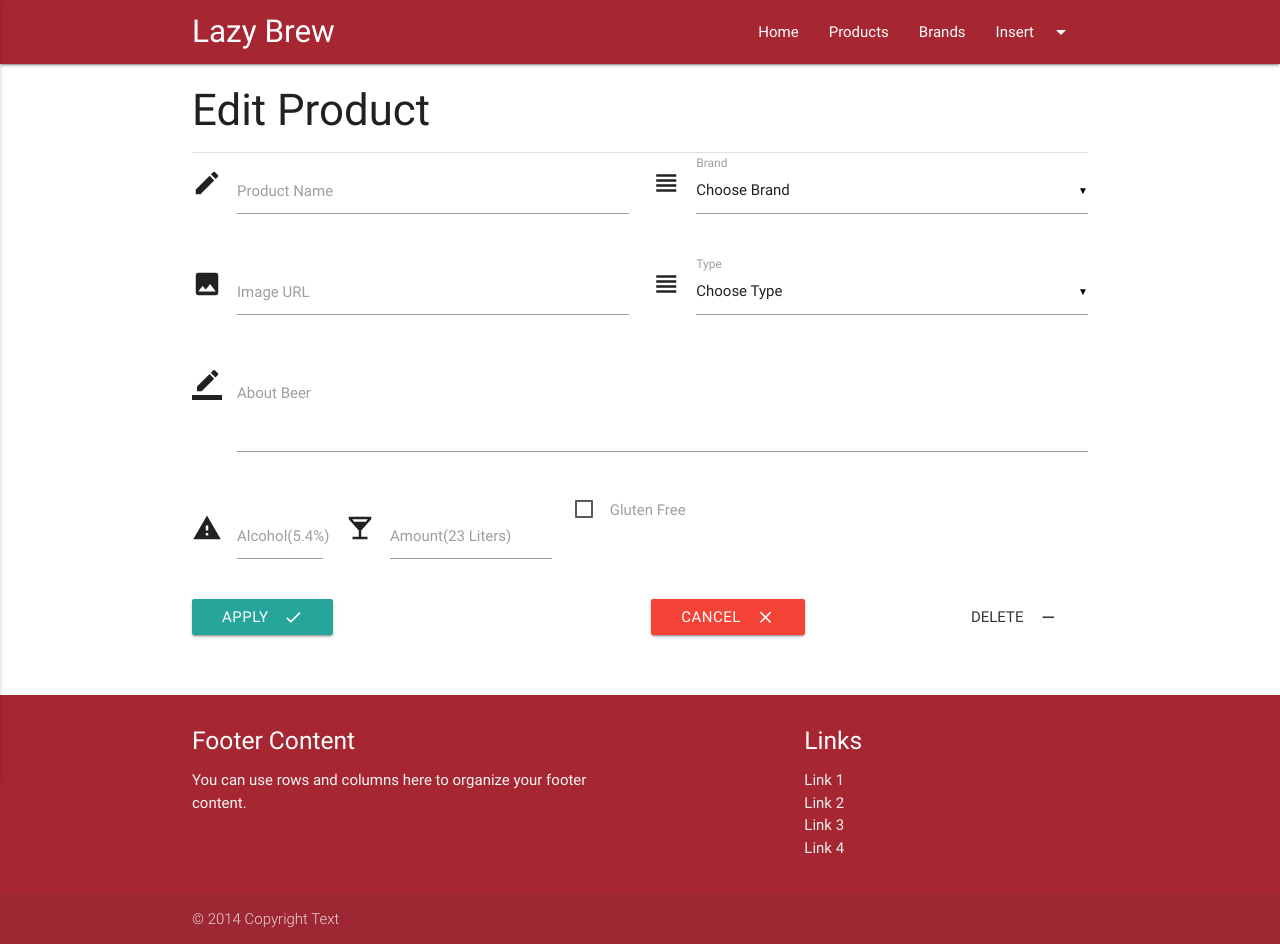
Repository: Leon2ev/lazy-brew
Page: templates/editproduct.html
The author's editor kept a record of every edit. The page is drawn from the files as they stood at one moment, then again after the next edit.
The browser window is 1280 px wide. The pictures show the whole page.
Some web libraries are served in a nearby version. The page is served by the project's application, run on Flask 3 (app.py). The template is opened directly, without the code that normally fills it, so the values that code supplies are empty.

Above is the page before.

### templates/editproduct.html
{% extends 'base.html' %}
{% block content %}
    <div class="container">
        <h3>Edit Product</h3>
        <div class="divider"></div>
        <form action="{{url_for('update_product', product_id=product._id)}}" method="POST" class="edit_product col s12">
            <div class="row">
                <div class="input-field col s12 l6">
                    <i class="material-icons prefix">create</i>
                    <input id="name" name="name" type="text" class="validate" value="{{product.name}}">
                    <label for="icon_prefix">Product Name</label>
                </div>
                <div class="input-field col s12 l6">
                    <i class="material-icons prefix">view_headline</i>
                    <select id="brand_id" name="brand_id">
                        <option value="" disabled selected>Choose Brand</option>
                        {% for brand in brands %}
                            {% if brand._id == product.brand_id %}
                                <option value={{brand._id}} selected >{{brand.name}}</option>
                            {% else %}
                                <option value="{{brand._id}}">{{brand.name}}</option>
                            {% endif %}
                        {% endfor %}
                    </select>
                    <label>Brand</label>
                </div>
            </div>
            <div class="row">
                <div class="input-field col s12 l6">
                    <i class="material-icons prefix">insert_photo</i>
                    <input id="image_url" name="image_url" type="text" class="validate" value="{{product.image_url}}">
                    <label for="icon_prefix">Image URL</label>
                </div>
                <div class="input-field col s12 l6">
                    <i class="material-icons prefix">view_headline</i>
                    <select id="type_id" name="type_id">
                        <option value="" disabled selected>Choose Type</option>
                        {% for type in types %}
                            {% if type._id == product.type_id %}
                                <option value="{{type._id}}" selected >{{type.name}}</option>
                            {% else %}
                                <option value="{{type._id}}">{{type.name}}</option>
                            {% endif %}
                        {% endfor %}
                    </select>
                    <label>Type</label>
                </div>
            </div>
            <div class="row">
                <div class="input-field col s12">
                    <i class="material-icons prefix">border_color</i>
                    <textarea id="textarea1" name="about" class="materialize-textarea">{{product.about}}</textarea>
                    <label for="icon_prefix">About Beer</label>
                </div>
            </div>
            <div class="row">
                <div class="input-field col s12 l2">
                    <i class="material-icons prefix">warning</i>
                    <input id="abv" name="abv" type="text" class="validate" value="{{product.abv}}">
                    <label for="icon_prefix">Alcohol(5.4%)</label>
                </div>
                <div class="input-field col s12 l3">
                    <i class="material-icons prefix">local_bar</i>
                    <input id="amount" name="amount" type="text" class="validate" value="{{product.amount}}">
                    <label for="icon_prefix">Amount(23 Liters)</label>
                </div>
                <div class="checkbox col s12 l2">
                    {% if product.gluten %}
                        <input type="checkbox" id="gluten" name="gluten" checked />
                    {% else %}
                        <input type="checkbox" id="gluten" name="gluten" />
                    {% endif %}
                    <label for="gluten">Gluten Free</label>
                </div>
            </div>
            <div class="row">
                <div class="col s12 l6">
                    <button class="btn waves-effect waves-light" type="submit">Apply
                        <i class="material-icons right">check</i>
                    </button>
                </div>
                <div class="col s12 l6">
                    <a class="waves-effect waves-light btn modal-trigger red" href="#modal1">Cancel
                        <i class="material-icons right">clear</i>
                    </a>
                    <a class="waves-effect waves-light btn-flat right modal-trigger" href="#modal2">Delete
                        <i class="material-icons right">remove</i>
                    </a>
                </div>
            </div>
        </form>
        <div class="row">
            <div id="modal1" class="modal">
                <div class="modal-content">
                    <h4>Are you agree to cancel?</h4>
                    <p>All changes will be lost and you will go back to description page.</p>
                </div>
                <div class="modal-footer">
                    <a href="#!" class="modal-action modal-close waves-effect waves-green btn-flat">Go Back</a>
                    <a href="{{url_for('get_description', product_id=product._id)}}" class="modal-action modal-close waves-effect waves-green btn-flat">Agree</a>
                </div>
            </div>
            <div id="modal2" class="modal">
                <div class="modal-content">
                    <h4>Are you agree to delete {{product.name}}?</h4>
                    <p>All data will be lost.</p>
                </div>
                <div class="modal-footer">
                    <a href="#!" class="modal-action modal-close waves-effect waves-green btn-flat">Go Back</a>
                    <a href="{{url_for('delete_product', product_id=product._id)}}" class="modal-action modal-close waves-effect waves-green btn-flat">Agree</a>
                </div>
            </div>
        </div>
    </div>
{% endblock %}

### templates/base.html
<!DOCTYPE html>
<html lang="en">
    <head>
        <meta charset="UTF-8">
        <meta name="viewport" content="width=device-width, initial-scale=1.0">
        <meta http-equiv="X-UA-Compatible" content="ie=edge">

        <title>Document</title>

        <link href="https://fonts.googleapis.com/icon?family=Material+Icons" rel="stylesheet">
        <link rel="stylesheet" href="https://cdnjs.cloudflare.com/ajax/libs/materialize/0.100.2/css/materialize.min.css">
        <link rel="stylesheet" href="{{url_for('static', filename='css/style.css')}}" type="text/css">
    </head>
    <body>
        <header>
            <nav class="navbar">
                <div class="container nav-wrapper">
                    <a href="{{url_for('home_page')}}" class="brand-logo">Lazy Brew</a>
                    <a href="#" data-activates="mobile-demo" class="button-collapse"><i class="material-icons">menu</i></a>
                    <ul class="right hide-on-med-and-down">
                        <li><a href="{{url_for('home_page')}}">Home</a></li>
                        <li><a href="{{url_for('get_products')}}">Products</a></li>
                        <li><a href="{{url_for('get_brands')}}">Brands</a></li>
                        <!-- Dropdown Trigger -->
                        <li><a class="dropdown-button" href="#!" data-activates="dropdown1">Insert<i class="material-icons right">arrow_drop_down</i></a></li>
                    </ul>
                    <!-- Dropdown Structure -->
                    <ul id="dropdown1" class="dropdown-content">
                        <li><a href="{{url_for('add_product')}}">Add Product</a></li>
                        <li class="divider"></li>
                        <li><a href="{{url_for('add_brand')}}">Add Brand</a></li>
                    </ul>
                    <ul class="side-nav" id="mobile-demo">
                        <li><a href="{{url_for('home_page')}}">Home</a></li>
                        <li><a href="{{url_for('get_products')}}">Products</a></li>
                        <li><a href="{{url_for('get_brands')}}">Brands</a></li>
                        <!-- Mobile Dropdown Trigger -->
                        <li><a class="dropdown-button" href="#!" data-activates="dropdown2">Insert<i class="material-icons right">arrow_drop_down</i></a></li>

                    </ul>
                    <!-- Dropdown Structure -->
                    <ul id="dropdown2" class="dropdown-content">
                        <li><a href="{{url_for('add_product')}}">Add Product</a></li>
                        <li class="divider"></li>
                        <li><a href="{{url_for('add_brand')}}">Add Brand</a></li>
                    </ul>
                </div>
            </nav>
        </header>
        {% block content %}{% endblock %}
        <footer class="page-footer">
            <div class="container">
                <div class="row">
                    <div class="col l6 s12">
                        <h5 class="white-text">Footer Content</h5>
                        <p class="grey-text text-lighten-4">You can use rows and columns here to organize your footer content.</p>
                    </div>
                    <div class="col l4 offset-l2 s12">
                        <h5 class="white-text">Links</h5>
                        <ul>
                            <li><a class="grey-text text-lighten-3" href="#!">Link 1</a></li>
                            <li><a class="grey-text text-lighten-3" href="#!">Link 2</a></li>
                            <li><a class="grey-text text-lighten-3" href="#!">Link 3</a></li>
                            <li><a class="grey-text text-lighten-3" href="#!">Link 4</a></li>
                        </ul>
                    </div>
                </div>
            </div>
            <div class="footer-copyright">
                <div class="container">
                    © 2014 Copyright Text
                </div>
            </div>
        </footer>
        <script src="https://cdnjs.cloudflare.com/ajax/libs/jquery/3.2.1/jquery.min.js"></script>
        <script src="https://cdnjs.cloudflare.com/ajax/libs/materialize/0.100.2/js/materialize.min.js"></script>
        <script type="text/javascript">
            $(document).ready(function() {
                $('select').material_select();
                $(".button-collapse").sideNav();
                $(".dropdown-button").dropdown({
                    belowOrigin: true
                    }
                );
                $('.modal').modal();
            });
        </script>
    </body>
</html>

### app.py
import os
from flask import Flask, render_template, redirect, request, url_for
from flask_pymongo import PyMongo
from bson.objectid import ObjectId

app = Flask(__name__)

# Connection to MongoDB

app.config["MONGO_DBNAME"] = 'beer_brewing'
app.config["MONGO_URI"] = os.getenv('MONGO_URI', 'mongodb://localhost')

mongo = PyMongo(app)

# App routes ------------------------------------------------------------

@app.route('/')

# Home page

@app.route('/home_page')
def home_page():
    return render_template("index.html",
    types=mongo.db.types.find())
# Product Routes
# Product selection

@app.route('/get_products')
def get_products():
    return render_template("products.html",
    products=mongo.db.products.find())

# Single product description

@app.route('/get_description/<product_id>')
def get_description(product_id):
    return render_template("description.html",
    brands=mongo.db.brands.find(),
    types=mongo.db.types.find(),
    product=mongo.db.products.find_one({"_id": ObjectId(product_id)}))

# Add product

@app.route('/add_product')
def add_product():
    return render_template("addproduct.html",
    brands=mongo.db.brands.find(),
    types=mongo.db.types.find())

# Proceed inserted data to mongo

@app.route('/insert_product', methods=["POST"])
def insert_product():
    products=mongo.db.products
    brand_id = request.form.get('brand_id')
    type_id = request.form.get('type_id')
    dictionary = {
        'name': request.form.get('name'),
        'brand_id': ObjectId(brand_id),
        'image_url': request.form.get('image_url'),
        'type_id': ObjectId(type_id),
        'about': request.form.get('about'),
        'abv': request.form.get('abv'),
        'amount': request.form.get('amount'),
        'gluten': request.form.get('gluten')
    }

    products.insert_one(dictionary)
    return redirect(url_for('get_products'))

# Edit product

@app.route('/edit_product/<product_id>')
def edit_product(product_id):
    return render_template("editproduct.html",
    product=mongo.db.products.find_one({"_id": ObjectId(product_id)}),
    brands=mongo.db.brands.find(),
    types=mongo.db.types.find())

# Update product

@app.route('/update_product/<product_id>', methods=["POST"])
def update_product(product_id):
    products=mongo.db.products
    brand_id = request.form.get('brand_id')
    type_id = request.form.get('type_id')
    products.update({'_id': ObjectId(product_id)},
    {
        'name': request.form.get('name'),
        'brand_id': ObjectId(brand_id),
        'image_url': request.form.get('image_url'),
        'type_id': ObjectId(type_id),
        'about': request.form.get('about'),
        'abv': request.form.get('abv'),
        'amount': request.form.get('amount'),
        'gluten': request.form.get('gluten')
    })
    return redirect(url_for('get_products'))

# Delete product

@app.route('/delete_product/<product_id>')
def delete_product(product_id):
    mongo.db.products.remove({'_id': ObjectId(product_id)})
    return redirect(url_for('get_products'))

# Brand Routes
# Add Brand

@app.route('/get_brands')
def get_brands():
    return render_template("brands.html",
    brands=mongo.db.brands.find())

@app.route('/add_brand')
def add_brand():
    return render_template("addbrand.html")

# Proceed inserted data to mongo

@app.route('/insert_brand', methods=["POST"])
def insert_brand():
    brands=mongo.db.brands
    brands.insert_one(request.form.to_dict())
    return redirect(url_for('get_brands'))

# Edit brand

@app.route('/edit_brand/<brand_id>')
def edit_brand(brand_id):
    return render_template("editbrand.html",
    brand=mongo.db.brands.find_one({"_id": ObjectId(brand_id)}))

# Update brand

@app.route('/update_brand/<brand_id>', methods=["POST"])
def update_brand(brand_id):
    brands=mongo.db.brands
    brands.update({'_id': ObjectId(brand_id)},
    {
        'name': request.form.get('name'),
        'country': request.form.get('country'),
        'website_URL': request.form.get('website_URL'),
        'instruction_URL': request.form.get('instruction_URL'),
    })
    return redirect(url_for('get_brands'))

# Delete brand

@app.route('/delete_brand/<brand_id>')
def delete_brand(brand_id):
    mongo.db.brands.remove({'_id': ObjectId(brand_id)})
    return redirect(url_for('get_brands'))

if __name__ == "__main__":
    app.run(host=os.environ.get('IP'),
        port=int(os.environ.get('PORT')),
        debug=True)

### static/css/style.css
/*Background image Homepage*/
.bg-img {
    background-image: url(https://i.imgur.com/lFnh2xG.jpg);
    background-repeat: no-repeat;
    background-position: center center;
    background-attachment: fixed;
    background-size: cover;
    background-color: black;
    height: 100%;
    padding-top: 50px;
    padding-bottom: 50px;
}

/*Content home page*/
.bg-content {
    background-color: rgb(0,0,0, 0.5);
    color: white;
    border-radius: 10px;
}

/*Navbar*/
.navbar {
    background-color: #a62632;
}

/*Footer*/
.page-footer {
    background-color: #a62632;
}

/*Button*/
.btn {
    margin-bottom: 20px;
}

/*Cards Products page*/
.card.medium .card-image {
    max-height: 65%;
}

.card.medium .card-content {
    padding: 15px;
}

.card .card-action a:not(.btn):not(.btn-large):not(.btn-large):not(.btn-floating) {
    color: #26a69a;
}

/*Description page*/

.description-container {
    margin-top: 35px;
    margin-bottom: 35px;
}

.description-image {
    width: 100%;
    height: auto;
}

After the next edit:
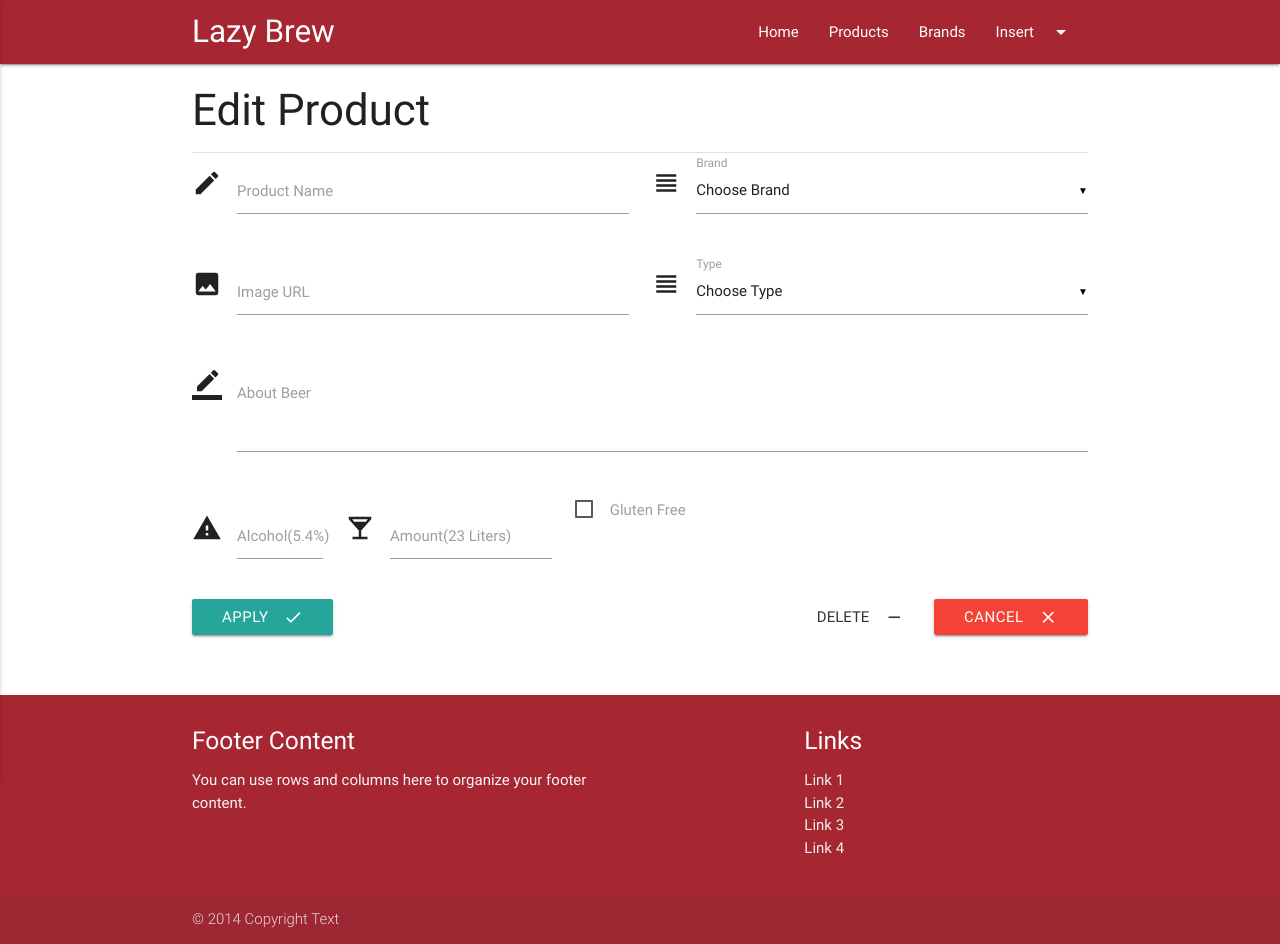
The edit:
--- a/templates/editproduct.html
+++ b/templates/editproduct.html
@@ -80,7 +80,7 @@
                     </button>
                 </div>
                 <div class="col s12 l6">
-                    <a class="waves-effect waves-light btn modal-trigger red" href="#modal1">Cancel
+                    <a class="waves-effect waves-light btn right modal-trigger red" href="#modal1">Cancel
                         <i class="material-icons right">clear</i>
                     </a>
                     <a class="waves-effect waves-light btn-flat right modal-trigger" href="#modal2">Delete

After the edit that followed:
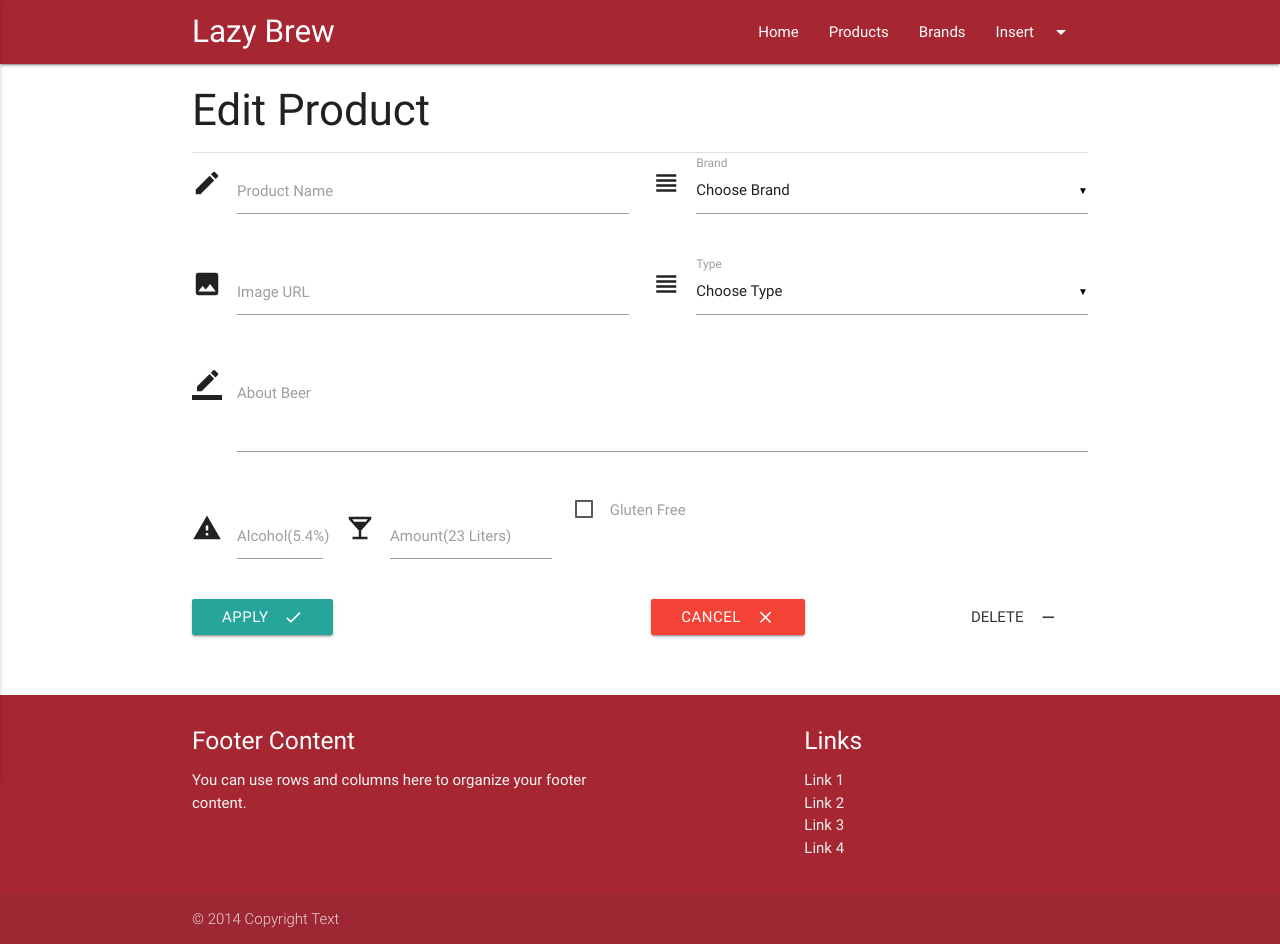
The edit:
--- a/templates/editproduct.html
+++ b/templates/editproduct.html
@@ -80,11 +80,11 @@
                     </button>
                 </div>
                 <div class="col s12 l6">
-                    <a class="waves-effect waves-light btn right modal-trigger red" href="#modal1">Cancel
-                        <i class="material-icons right">clear</i>
-                    </a>
                     <a class="waves-effect waves-light btn-flat right modal-trigger" href="#modal2">Delete
                         <i class="material-icons right">remove</i>
+                    </a>
+                    <a class="waves-effect waves-light btn modal-trigger red" href="#modal1">Cancel
+                        <i class="material-icons right">clear</i>
                     </a>
                 </div>
             </div>
